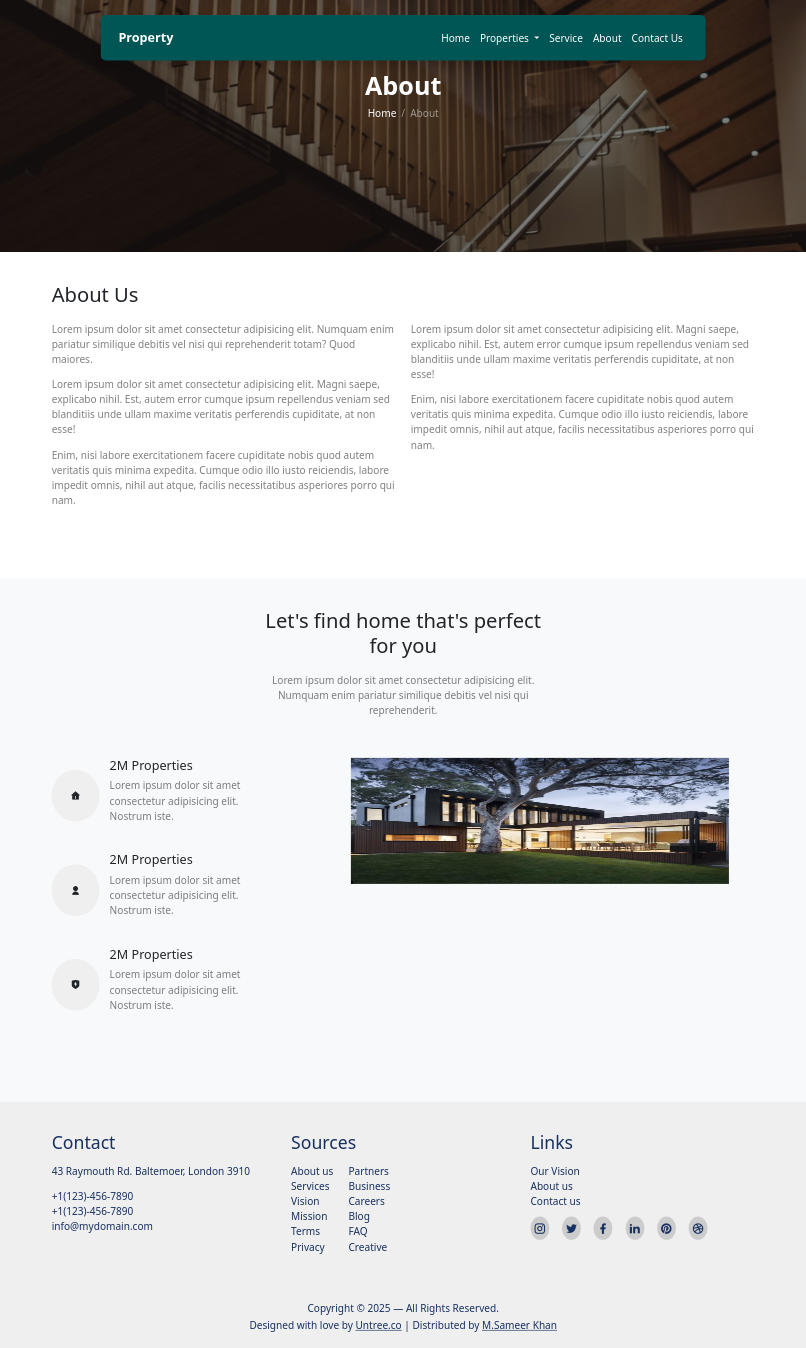
Repository: sameerrrrkhan911-git/Property
Page: about.html
An editor plug-in stored every save of this project. The page is shown before and after the next save, followed by the edit.
The browser window is 1280 px wide. The pictures show the whole page, at 63% of full size.
Some web libraries are served in a nearby version.

Above is the page before, as saved 2025-09-28 18:31:47.
Console error: TypeError: Cannot read properties of undefined (reading 'length')

After the next save:
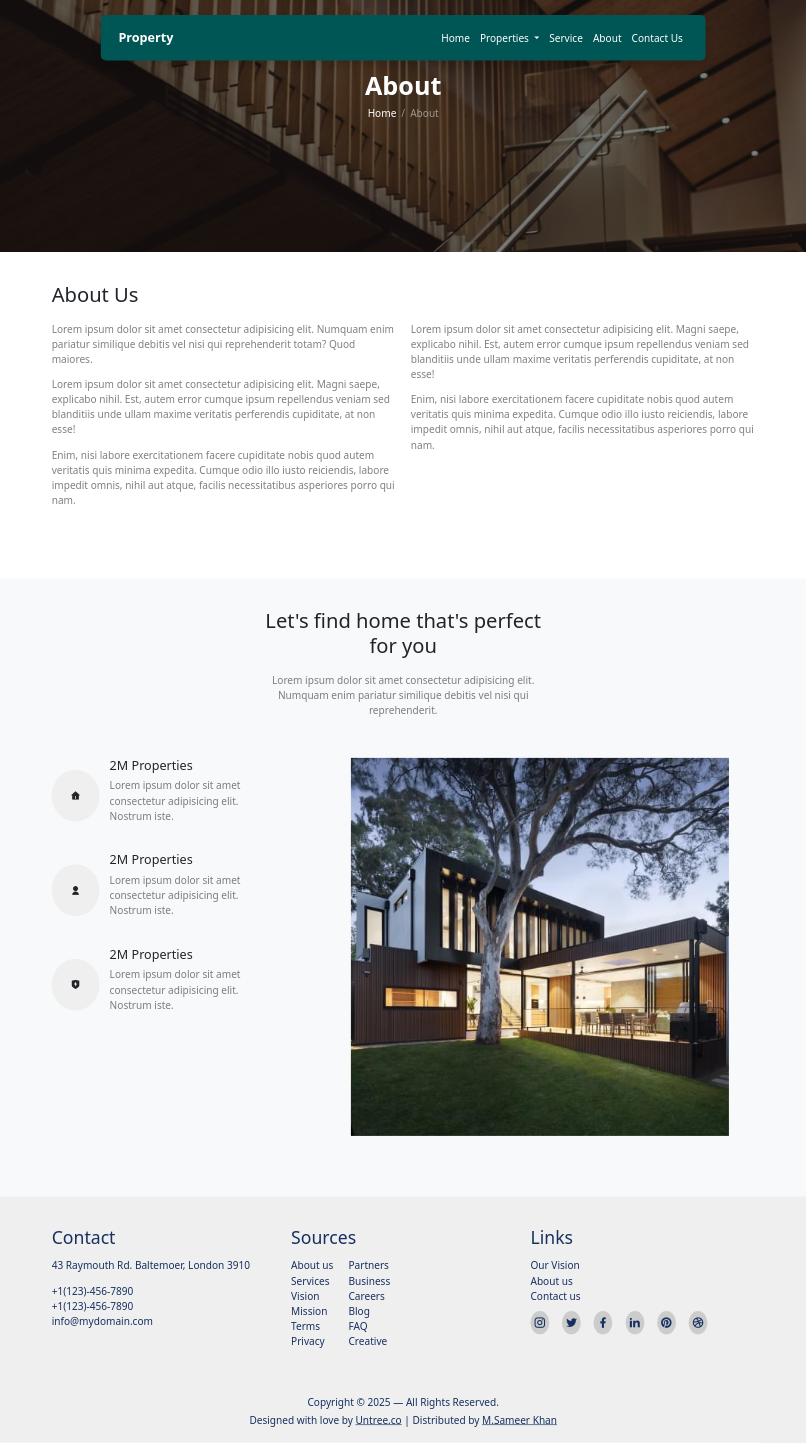
Saved 6 s later.
--- a/about.html
+++ b/about.html
@@ -155,7 +155,7 @@
 
             <div class="col-lg-7 mb-5 mb-lg-0 order-lg-2">
               <div class="img-about dots">
-                <img src="./assets/images/img_2.jpg" alt="Image" class="" width="600px" height="200px">
+                <img src="./assets/images/img_2.jpg" alt="Image" class="" width="600px" height="600px">
               </div>
             </div>
             <div class="col-lg-4">
